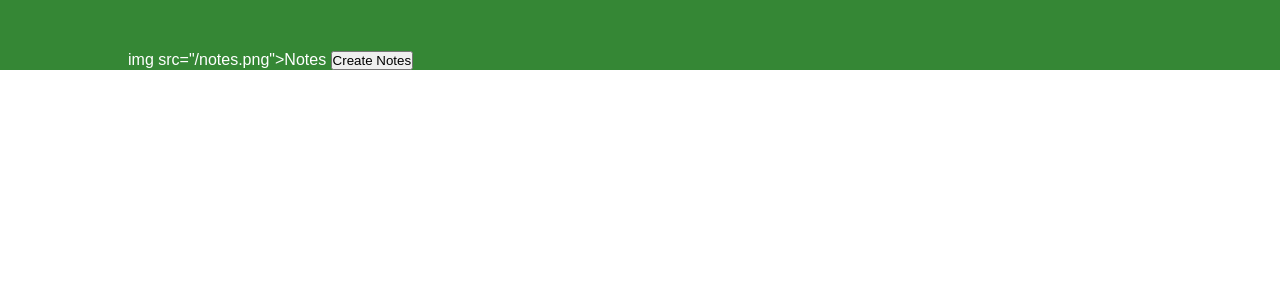
Repository: jadon1281/Imersion_Project
Page: Task2/Note_APP/index.html
An editor plug-in stored every save of this project. The page is shown before and after the next save, followed by the edit.
The browser window is 1280 px wide. The pictures show the whole page.

Above is the page before, as saved 2025-06-12 09:44:51.

After the next save:
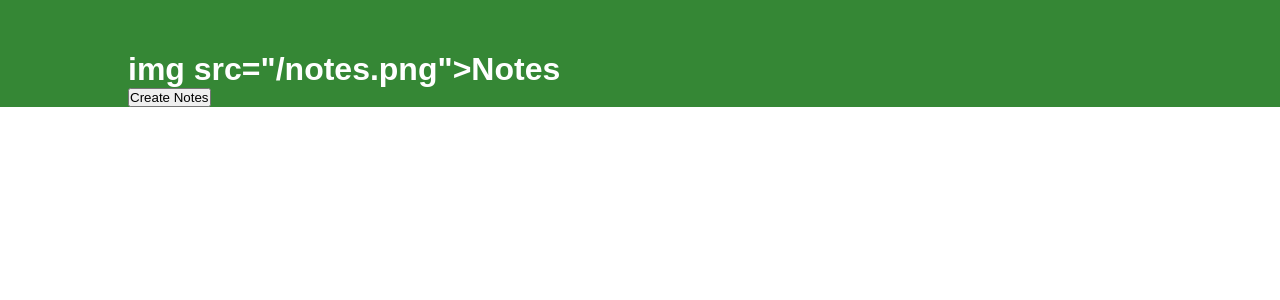
Saved 10 s later.
--- a/Task2/Note_APP/index.html
+++ b/Task2/Note_APP/index.html
@@ -8,7 +8,7 @@
 </head>
 <body>
     <div class="container">
-        <h1></h1> img src="/notes.png">Notes</h1>
+        <h1> img src="/notes.png">Notes</h1>
         <button>Create Notes</button>
     </div>
 
